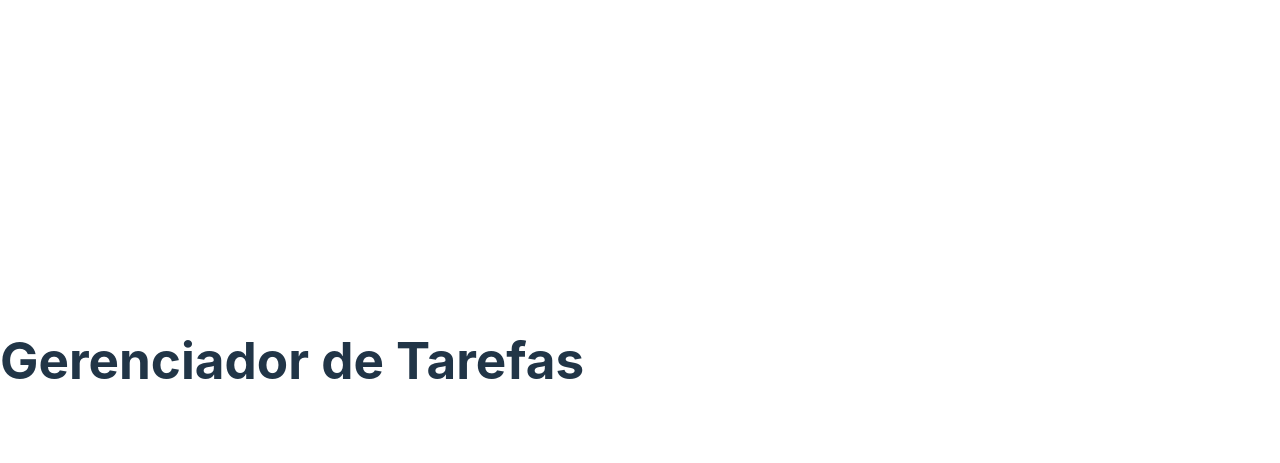
Repository: Rubenslourenco/task-manager-react
Page: /
An editor plug-in stored every save of this project. The page is shown before and after the next save, followed by the edit.
The browser window is 1280 px wide. The pictures show the whole page.
The project was rebuilt for these pictures with package versions that can differ from the ones it lists, and the page was loaded fresh each time. Also part of the build but not shown: vite.config.js.

Above is the page before, as saved 2025-01-30 14:27:53.

After the next save:
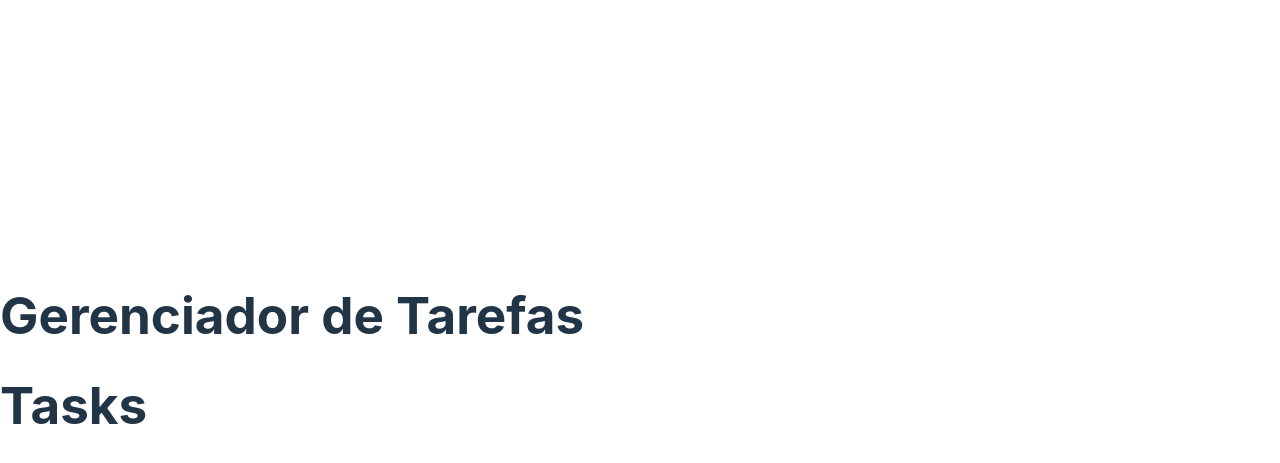
Saved 3 min 37 s later.
--- a/src/App.jsx
+++ b/src/App.jsx
@@ -1,7 +1,10 @@
+import Tasks from "./components/tasks";
+
 function App() {
   return (
     <div>
       <h1>Gerenciador de Tarefas</h1>
+      <Tasks />
     </div>
   );
 }
